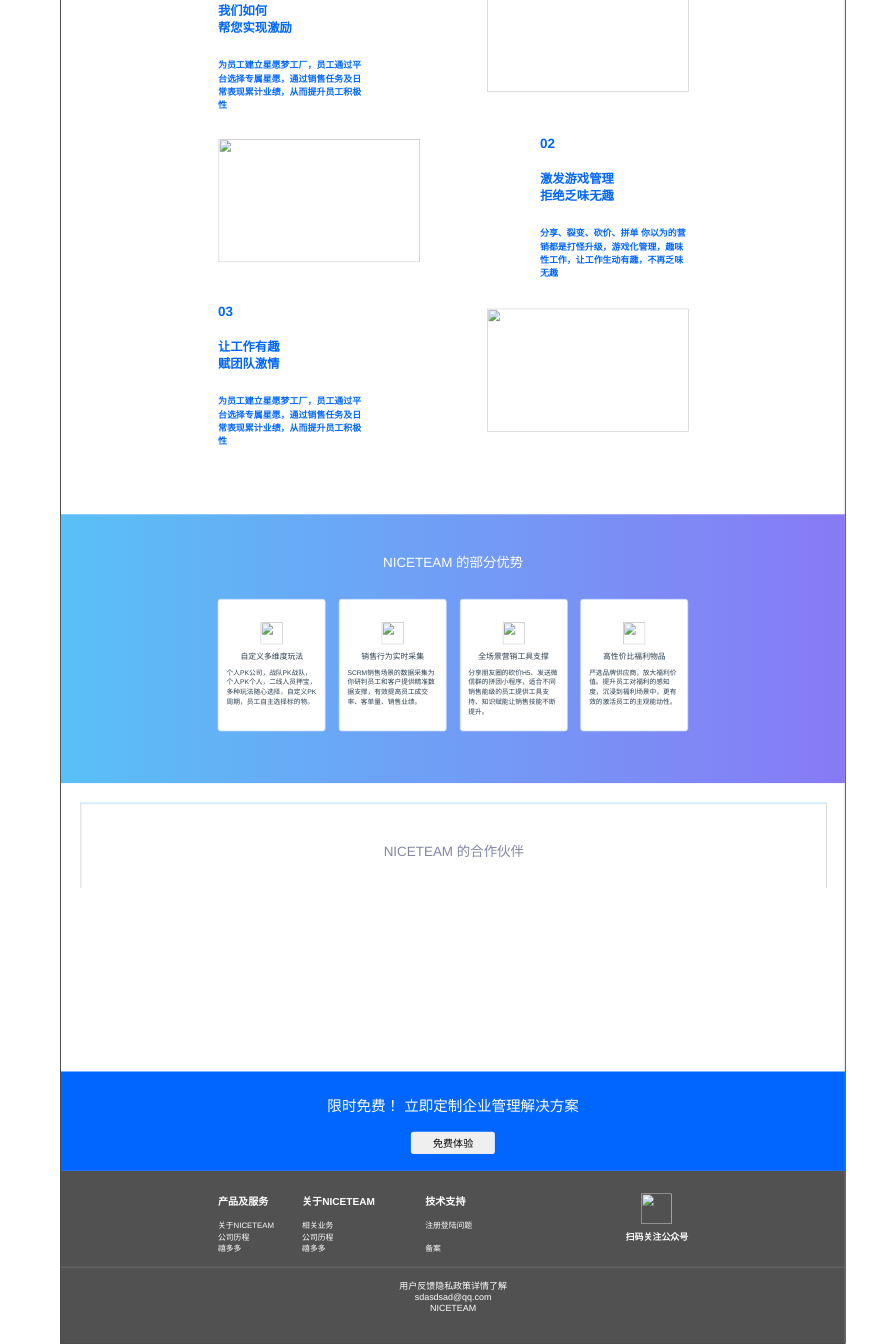
Repository: Alex-2020-0211/xrkj-guanwang
Page: / (app in src/)
An editor plug-in stored every save of this project. The page is shown before and after the next save, followed by the edit.
The browser window is 1280 px wide. The pictures show the part of the page from y = 1114 to 3034 px (the page is 3034 px tall), at 70% of full size.
The project was rebuilt for these pictures with package versions that can differ from the ones it lists, and the page was loaded fresh each time. Imported but missing from the stored project, and not drawn on this page: src/src/views/About.vue.

Above is the page before, as saved 2021-01-04 11:40:24.

### src/public/index.html
<!DOCTYPE html>
<html lang="en">
  <head>
    <meta charset="utf-8">
    <meta http-equiv="X-UA-Compatible" content="IE=edge">
    <meta name="viewport" content="width=device-width,initial-scale=1.0">
    <link rel="icon" href="<%= BASE_URL %>favicon.ico">
    <title><%= htmlWebpackPlugin.options.title %></title>
  </head>
  <body>
    <noscript>
      <strong>We're sorry but <%= htmlWebpackPlugin.options.title %> doesn't work properly without JavaScript enabled. Please enable it to continue.</strong>
    </noscript>
    <div id="app"></div>
    <!-- built files will be auto injected -->
  </body>
  <script>
    (function(){
      var html = document.documentElement;
      function onWindowResize(){
        html.style.fontSize = html.getBoundingClientRect().width / 16 + 'px';
      }
      window.addEventListener('resize',onWindowResize);
      onWindowResize();
    })();
  </script>
</html>

### src/src/main.js
import Vue from 'vue'
import ElementUI from 'element-ui'
import App from './App.vue'
import router from './router'
import store from './store'

import "../src/assets/css/reset.css"

Vue.config.productionTip = false

new Vue({
  router,
  store,
  render: h => h(App)
}).$mount('#app')

### src/src/App.vue
<template>
  <div id="app" v-cloak>
    <router-view />
  </div>
</template>

<style lang="scss">
[v-cloak] {
  display: none !important;
}
#app {
  font-family: Avenir, Helvetica, Arial, sans-serif;
  -webkit-font-smoothing: antialiased;
  -moz-osx-font-smoothing: grayscale;
  text-align: center;
  color: #2c3e50;
}
</style>

### src/src/assets/css/reset.css
html {
    overflow-x: auto;
    overflow-y: scroll;
}

body,
dl,
dt,
dd,
ul,
ol,
li,
pre,
form,
fieldset,
input,
p,
blockquote,
th,
td {
    font-weight: 400;
    margin: 0;
    padding: 0;
}

h1,
h2,
h3,
h4,
h4,
h5 {
    margin: 0;
    padding: 0;
}

body {
    background-color: #FFFFFF;
    color: #666666;
    font-family: Helvetica, Arial, sans-serif;
    font-size: 12px;
    padding: 0 10px;
    text-align: left;
}

select {
    font-size: 12px;
}

table {
    border-collapse: collapse;
}

fieldset,
img {
    border: 0 none;
}

fieldset {
    margin: 0;
    padding: 0;
}

fieldset p {
    margin: 0;
    padding: 0 0 0 8px;
}

legend {
    display: none;
}

address,
caption,
em,
strong,
th,
i {
    font-style: normal;
    font-weight: 400;
}

table caption {
    margin-left: -1px;
}

hr {
    border-bottom: 1px solid #FFFFFF;
    border-top: 1px solid #E4E4E4;
    border-width: 1px 0;
    clear: both;
    height: 2px;
    margin: 5px 0;
    overflow: hidden;
}

ol,
ul {
    list-style-image: none;
    list-style-position: outside;
    list-style-type: none;
}

caption,
th {
    text-align: left;
}

q:before,
q:after,
blockquote:before,
blockquote:after {
    content: ””;
}

### src/src/views/Home.vue
<template>
  <div class="home">
    <!-- 边框 -->
    <div class="border">
      <!-- 头部 -->
      <Header></Header>
      <!-- 介绍 -->
      <div class="introduce">
        <dl>
          <dt>应用价值</dt>
          <dd>VALUE</dd>
        </dl>
        <div class="content">
          <div class="container">
            <div class="item" @mouseenter="mouseenter()">
              <p class="circle"></p>
              <title>弹性福利</title>
              <p class="describe1">好的员工</p>
              <p class="describe1">是夸出来的</p>
            </div>
            <div class="item2" v-show="isDetail" @mouseleave="mouseleave()">
              <title>弹性福利</title>
              <p class="line"></p>
              <p class="detail">
                根据员工工作日常表现发放福利，员工选择心仪礼物，降低激励成本，提高激励效果
              </p>
            </div>
            <div class="item">
              <p class="circle"></p>
              <title>智能获客</title>
              <p class="describe2">最好的广告是口口相传</p>
            </div>
            <div class="item">
              <p class="circle"></p>
              <title>销售激励</title>
              <p class="describe3">让工作如此有趣真是不好意思</p>
            </div>
          </div>
        </div>
      </div>
      <!-- 方法原理 -->
      <div class="way">
        <div class="wayHeader">
          <h3>销售管理就选 NICETEAM</h3>
          <p>
            <span>高效协作</span> | <span>有效裂变</span> |
            <span>免费注册下载</span>
          </p>
        </div>
        <div class="means">
          <span class="sort">01</span>
          <p>我们如何</p>
          <p>帮您实现激励</p>
          <p class="star">
            为员工建立星愿梦工厂，员工通过平台选择专属星愿，通过销售任务及日常表现累计业绩，从而提升员工积极性
          </p>
        </div>
        <img class="img" src="" alt="" />
        <div class="means">
          <span class="sort" style="margin-left: 5.75rem;">02</span>
          <p style="margin-left: 5.75rem; width:2rem;">激发游戏管理</p>
          <p style="margin-left: 5.75rem; width:2rem;">拒绝乏味无趣</p>
          <p class="star" style="margin-left: 5.75rem;">
            分享、裂变、砍价、拼单
            你以为的营销都是打怪升级，游戏化管理，趣味性工作，让工作生动有趣，不再乏味无趣
          </p>
        </div>
        <img class="img" src="" alt="" style="top: 16.41rem; right: 8.5rem;" />
        <div class="means">
          <span class="sort">03</span>
          <p>让工作有趣</p>
          <p>赋团队激情</p>
          <p class="star">
            为员工建立星愿梦工厂，员工通过平台选择专属星愿，通过销售任务及日常表现累计业绩，从而提升员工积极性
          </p>
        </div>
        <img class="img" src="" alt="" style="top: 19.44rem;" />
      </div>
      <!-- 优势 -->
      <div class="advantage">
        <h5>NICETEAM 的部分优势</h5>
        <div class="advan">
          <div class="box">
            <img src="" alt="" />
            <dl>
              <dt>自定义多维度玩法</dt>
              <dd>
                个人PK公司，战队PK战队，个人PK个人，二线人员押宝，多种玩法随心选择，自定义PK周期，员工自主选择标的物。
              </dd>
            </dl>
          </div>
          <div class="box">
            <img src="" alt="" />
            <dl>
              <dt>销售行为实时采集</dt>
              <dd>
                SCRM销售场景的数据采集为你研判员工和客户提供精准数据支撑，有效提高员工成交率、客单量、销售业绩。
              </dd>
            </dl>
          </div>
          <div class="box">
            <img src="" alt="" />
            <dl>
              <dt>全场景营销工具支撑</dt>
              <dd>
                分享朋友圈的砍价H5、发送微信群的拼团小程序，适合不同销售能级的员工提供工具支持、知识赋能让销售技能不断提升。
              </dd>
            </dl>
          </div>
          <div class="box">
            <img src="" alt="" />
            <dl>
              <dt>高性价比福利物品</dt>
              <dd>
                严选品牌供应商，放大福利价值。提升员工对福利的感知度，沉浸到福利场景中，更有效的激活员工的主观能动性。
              </dd>
            </dl>
          </div>
        </div>
      </div>
      <!-- 合作伙伴 -->
      <div class="partners">
        <div class="friend">
          <h5>NICETEAM 的合作伙伴</h5>
        </div>
      </div>
      <!-- 底部 -->
      <div class="footer">
        <div class="footerTop">
          <h5>限时免费！ 立即定制企业管理解决方案</h5>
          <button>免费体验</button>
        </div>
        <div class="footerBottom">
          <div class="detail">
            <div class="left">
              <dl>
                <dt>产品及服务</dt>
                <dd>关于NICETEAM</dd>
                <dd>公司历程</dd>
                <dd>禧多多</dd>
              </dl>
              <dl>
                <dt>关于NICETEAM</dt>
                <dd>相关业务</dd>
                <dd>公司历程</dd>
                <dd>禧多多</dd>
              </dl>
              <dl class="jishu">
                <dt>技术支持</dt>
                <dd style="padding-bottom: 0.2rem;">注册登陆问题</dd>
                <dd>备案</dd>
              </dl>
            </div>
            <div class="right">
              <img src="" alt="" />
              <p>扫码关注公众号</p>
            </div>
          </div>
          <p class="line"></p>
          <div class="bottom">
            <dl>
              <dt><span>用户反馈</span><span>隐私政策</span><span>详情了解</span></dt>
              <dd>sdasdsad@qq.com</dd>
            </dl>
            <p><img src="" alt=""><span>NICETEAM</span></p>
          </div>
        </div>
      </div>
    </div>
  </div>
</template>

<script>
// @ is an alias to /src
import Header from "../components/Header";

export default {
  name: "Home",
  components: {
    Header,
  },
  data() {
    return {
      isDetail: false,
    };
  },
  methods: {
    mouseenter() {
      console.log("111");
      this.isDetail = true;
    },
    mouseleave() {
      console.log("222");
      this.isDetail = false;
    },
  },
};
</script>

<style lang="scss" scoped>
.home {
  font-size: 0.16rem;
  .border {
    width: 88.88%;
    margin-top: 0.5rem;
    margin-left: 6.06%;
    border: 0.01rem solid #000;

    // 介绍
    .introduce {
      width: 100%;
      height: 5.5rem;
      dl {
        margin-top: 0.6rem;
        dt {
          font-size: 0.24rem;
          font-weight: bold;
          letter-spacing: 0.03rem;
          margin-bottom: 0.13rem;
        }
        dd {
          font-size: 0.18rem;
          font-weight: bold;
        }
      }
      .content {
        width: 60%;
        margin-left: 20%;
        margin-top: 0.6rem;
        .container {
          display: flex;
          justify-content: space-between;
          overflow: hidden;
          background-color: #fff;
          z-index: 999;
          .item {
            width: 2.25rem;
            height: 2.8rem;
            border: 0.01rem solid #ccc;
            border-radius: 0.15rem;
            .circle {
              width: 0.66rem;
              height: 0.66rem;
              margin-left: 0.79rem;
              margin-top: 0.46rem;
              margin-bottom: 0.15rem;
              border: 0.01rem solid rgb(78, 56, 56);
              border-radius: 50%;
            }
            title {
              display: block;
              letter-spacing: 0.01rem;
              margin-bottom: 0.5rem;
            }
            .describe1 {
              width: 0.8rem;
              margin-left: 0.725rem;
            }
            .describe2 {
              width: 0.8rem;
              margin-left: 0.725rem;
            }
            .describe3 {
              width: 1.2rem;
              margin-left: 0.525rem;
            }
          }
          @keyframes myfirst {
            from {
              top: 9.67rem;
            }
            to {
              top: 6.87rem;
            }
          }

          @-moz-keyframes myfirst {
            from {
              top: 9.67rem;
            }
            to {
              top: 6.87rem;
            }
          }

          @-webkit-keyframes myfirst {
            from {
              top: 9.67rem;
            }
            to {
              top: 6.87rem;
            }
          }

          @-o-keyframes myfirst {
            from {
              top: 9.67rem;
            }
            to {
              top: 6.87rem;
            }
          }
          .item2 {
            width: 2.25rem;
            height: 2.8rem;
            border: 0.01rem solid #ccc;
            border-radius: 0.15rem;
            color: #fff;
            background-color: #06f;
            position: absolute;
            left: 3.87rem;
            animation: myfirst 1s;
            z-index: 1;
            title {
              display: block;
              letter-spacing: 0.01rem;
              margin-top: 0.7rem;
              margin-bottom: 0.2rem;
              margin-left: 0.4rem;
              text-align: left;
            }
            .line {
              width: 0.5rem;
              border-bottom: 0.02rem solid #fff;
              margin-left: 0.4rem;
              margin-bottom: 0.2rem;
            }
            .detail {
              width: 1.4rem;
              text-align: left;
              margin-left: 0.4rem;
            }
          }
        }
      }
    }
    // 方法原理
    .way {
      height: 12rem;
      .wayHeader {
        height: 1.65rem;
        color: #fff;
        background-color: #06f;
        h3 {
          font-size: 0.24rem;
          padding-top: 0.4rem;
          padding-bottom: 0.27rem;
        }
        p {
          color: rgb(233, 229, 229);
          font-size: 0.2rem;
        }
      }
      .means {
        width: 60%;
        height: 2.4rem;
        margin-left: 20%;
        margin-top: 0.6rem;
        color: #06f;
        text-align: left;
        .sort {
          font-size: 0.24rem;
          font-weight: bold;
          display: block;
          margin-bottom: 0.3rem;
        }
        p {
          font-size: 0.22rem;
          font-weight: bold;
        }
        .star {
          width: 2.61rem;
          margin-top: 0.4rem;
          font-size: 0.16rem;
        }
      }
      .img {
        width: 3.6rem;
        height: 2.2rem;
        position: absolute;
        top: 13.38rem;
        right: 3.7rem;
      }
    }
    // 优点
    .advantage {
      width: 100%;
      height: 4.8rem;
      background: linear-gradient(to right, #59c0f6, #887af5);
      h5 {
        color: #fff;
        font-size: 0.24rem;
        font-weight: normal;
        padding-top: 0.66rem;
        padding-bottom: 0.5rem;
      }
      .advan {
        display: flex;
        width: 60%;
        margin-left: 20%;
        justify-content: space-between;
        .box {
          width: 1.9rem;
          height: 2.34rem;
          background-color: #fff;
          border-radius: 0.05rem;
          border: 0.02rem solid #cfdffd;
          // box-shadow: 5px 5px 3px #ccc;
          img {
            width: 0.4rem;
            height: 0.4rem;
            margin-top: 0.4rem;
            margin-bottom: 0.1rem;
          }
          dl {
            dt {
              font-size: 0.14rem;
              margin-bottom: 0.1rem;
            }
            dd {
              width: 85%;
              margin-left: 7.5%;
              font-size: 0.12rem;
              text-align: left;
            }
          }
        }
      }
    }
    // 合作伙伴
    .partners {
      height: 4.8rem;
      .friend {
        width: 95%;
        margin-left: 2.5%;
        margin-top: 2.5%;
        border-top: 0.02rem solid #90cffa;
        border-left: 0.01rem solid #ccc;
        border-right: 0.01rem solid #ccc;
        h5 {
          color: #8387a1;
          font-size: 0.24rem;
          font-weight: normal;
          padding-top: 0.66rem;
          padding-bottom: 0.5rem;
        }
      }
    }
    // 底部
    .footer{
      height: 4.85rem;
      .footerTop{
        height: 1.78rem;
        background-color: #06f;
        h5{
          font-size: 0.26rem;
          font-weight: normal;
          color: #fff;
          padding-top: 0.4rem;
          padding-bottom: 0.3rem;
        }
        button{
          // display: flex;
          width: 1.5rem;
          height: 0.4rem;
          line-height: 0.4rem;
          font-size: 0.18rem;
          border: 0;
          border-radius: 0.05rem;
        }
      }
      .footerBottom{
        height: 3.07rem;
        background-color: #515151;
        color: #fff;
        .detail{
          width: 60%;
          margin-left: 20%;
          padding-top: 0.4rem;
          display: flex;
          justify-content: space-between;
          .left{
            dl{
              display: inline-block;
              margin-right: 0.5rem;
              dt{
                font-weight: bold;
                font-size: 0.18rem;
                text-align: left;
                margin-bottom: 0.2rem;
              }
              dd{
                text-align: left;
                font-size: 0.14rem;
              }
            }
            .jishu{
              margin-left: 0.4rem;
            }
          }
          .right{
            img{
              width: 0.55rem;
              height: 0.55rem;
            }
            p{
              font-weight: bold;
              margin-top: 0.05rem;
            }
          }
        }
        .line{
          border-bottom: 0.02rem solid #727272;
          margin-top: 0.25rem;
          margin-bottom: 0.2rem;
        }
      }
    }
  }
}
</style>

### src/src/components/Header.vue
<template>
  <div class="header">
    <div class="headerTop">
      <p class="bar">
        <img class="logo" src="../assets/img/logo.png" alt />
        <a>首页</a>
        <a>产品介绍</a>
        <a>解决方案</a>
        <a>客户案例</a>
        <a>关于</a>
      </p>
      <button class="tiyan">免费体验</button>
    </div>
    <div class="headerMain">
      <div class="theme">
        <dl>
          <dt>游戏化管理平台</dt>
          <dd>销售团队弹性激励</dd>
        </dl>
        <p class="jianjie">
          NICETEAM:
          一个促进全员销售的员工激励平台，让销售更轻松，让管理更高效，让工作更有趣
        </p>
        <button class="knowMore">立即了解</button>
      </div>
      <img class="mainImg" src="" alt />
    </div>
  </div>
</template>

<script>
export default {
  name: "Header",
  props: {},
  data() {},
  methods: {},
};
</script>

<!-- Add "scoped" attribute to limit CSS to this component only -->
<style scoped lang="scss">
// 头部
.header {
  width: 100%;
  height: 4.5rem;
  color: #fff;
  background-color: #06f;
  .headerTop {
    width: 60%;
    margin-left: 20%;
    padding-top: 0.3rem;
    display: flex;
    justify-content: space-around;
    align-items: center;
    .logo {
      width: 0.7rem;
      height: 0.55rem;
    }
    .bar {
      width: 60%;
      font-weight: bold;
      display: flex;
      justify-content: space-around;
      align-items: center;
    }
    .tiyan {
      width: 1rem;
      height: 0.3rem;
      color: #fff;
      border: 0.01rem solid #fff;
      border-radius: 0.05rem;
      background-color: #7fb2ff;
    }
  }
  .headerMain {
    width: 60%;
    height: 2.7rem;
    margin-top: 0.35rem;
    margin-left: 20%;
    display: flex;
    justify-content: space-between;
    .theme {
      height: 100%;
      display: flex;
      flex-direction: column;
      justify-content: space-between;
      dl {
        dt {
          font-size: 0.2rem;
          font-weight: bold;
          text-align: left;
          margin-bottom: 0.03rem;
        }
        dd {
          text-align: left;
        }
      }
      .jianjie {
        width: 3rem;
        text-align: left;
      }
      .knowMore {
        width: 1.5rem;
        height: 0.5rem;
        color: #fff;
        font-size: 0.18rem;
        letter-spacing: 0.02rem;
        background-color: #f63;
        border: 0;
        border-radius: 0.05rem;
      }
    }
    .mainImg {
      width: 3.8rem;
      height: 2.7rem;
    }
  }
}
</style>

Loaded but not shown: src/src/router/index.js (common file); src/src/store/index.js (no copy from this time; the picture is the same without it)

After the next save:
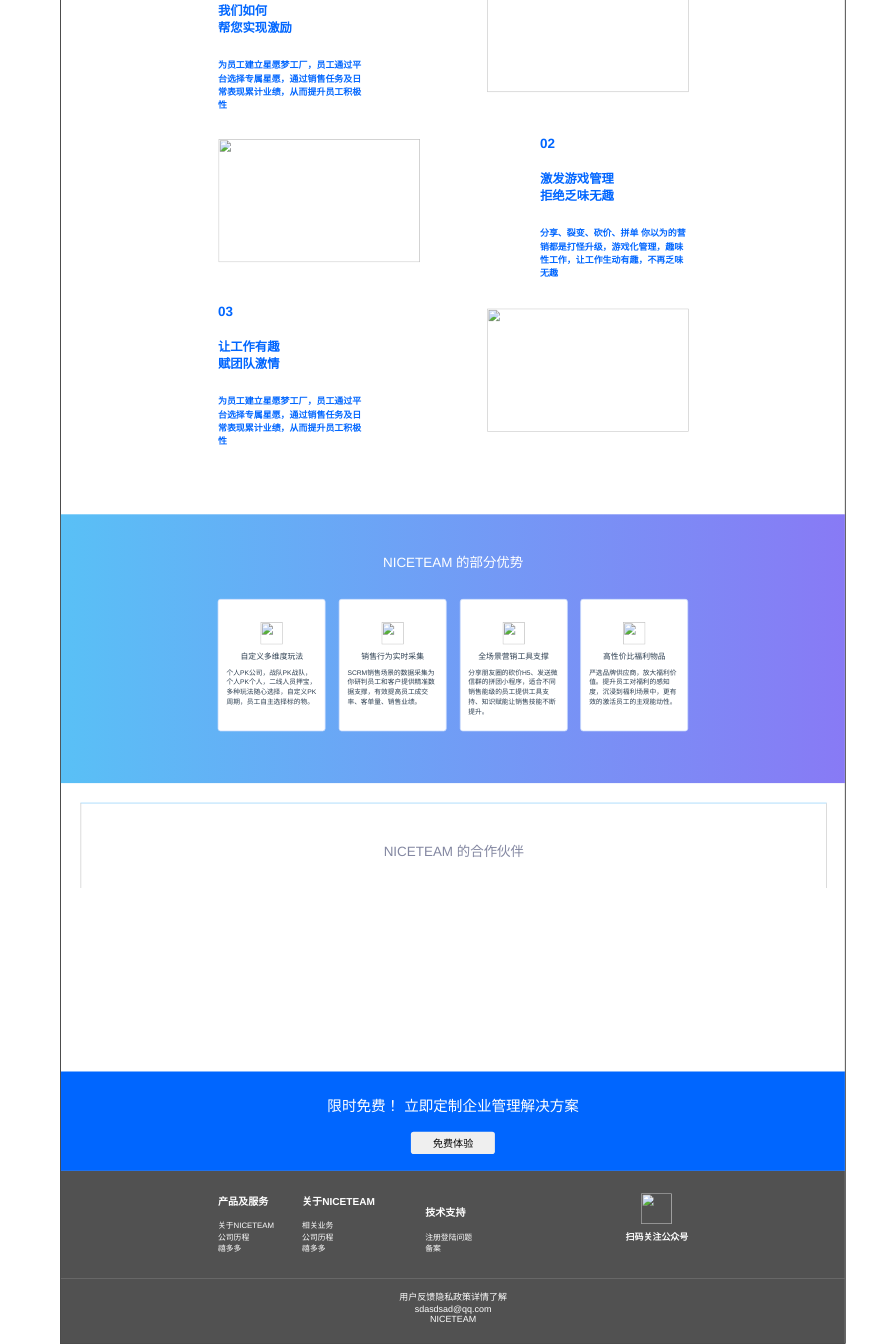
Saved 36 s later.
--- a/src/src/views/Home.vue
+++ b/src/src/views/Home.vue
@@ -147,8 +147,8 @@
               </dl>
               <dl class="jishu">
                 <dt>技术支持</dt>
-                <dd style="padding-bottom: 0.2rem;">注册登陆问题</dd>
-                <dd>备案</dd>
+                <dd>注册登陆问题</dd>
+                <dd style="padding-bottom: 0.2rem;">备案</dd>
               </dl>
             </div>
             <div class="right">
